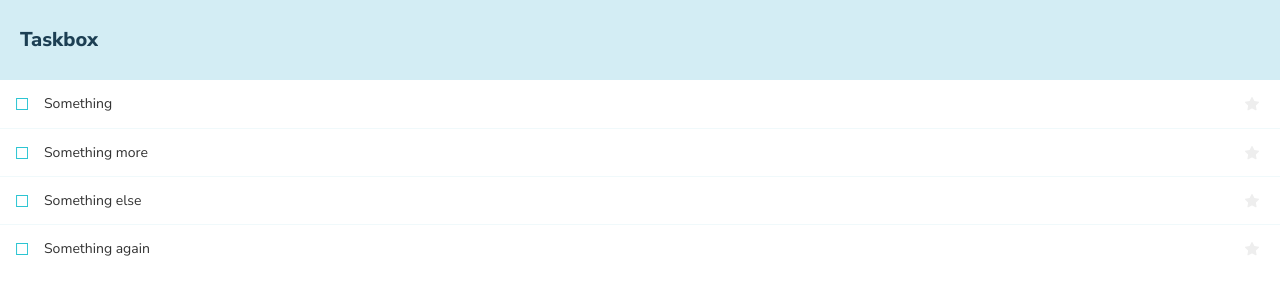
Repository: Sphinx7777/storyBook
Page: /
An editor plug-in stored every save of this project. The page is shown before and after the next save, followed by the edit.
The browser window is 1280 px wide. The pictures show the whole page.
The project was rebuilt for these pictures with package versions that can differ from the ones it lists, and the page was loaded fresh each time. Also part of the build but not shown: webpack.config.js.

Above is the page before, as saved 2020-06-26 16:33:43.

### src/index.scss
body {
  margin: 0;
  font-family: -apple-system, BlinkMacSystemFont, 'Segoe UI', 'Roboto', 'Oxygen',
    'Ubuntu', 'Cantarell', 'Fira Sans', 'Droid Sans', 'Helvetica Neue',
    sans-serif;
  -webkit-font-smoothing: antialiased;
  -moz-osx-font-smoothing: grayscale;
}

code {
  font-family: source-code-pro, Menlo, Monaco, Consolas, 'Courier New',
    monospace;
}
/* Reset.less
 * Props to Eric Meyer (meyerweb.com) for his CSS reset file. We're using an adapted version here	that cuts out some of the reset HTML elements we will never need here (i.e., dfn, samp, etc).
 * ------------------------------------------------------------------------------------------------------------------------------------------------------------------------------------------- */
 @import url('https://fonts.googleapis.com/css?family=Nunito+Sans:400,400i,800');
 html,
 body {
   margin: 0;
   padding: 0;
 }
 h1,
 h2,
 h3,
 h4,
 h5,
 h6,
 p,
 blockquote,
 pre,
 a,
 abbr,
 acronym,
 address,
 cite,
 code,
 del,
 dfn,
 em,
 img,
 q,
 s,
 samp,
 small,
 strike,
 strong,
 sub,
 sup,
 tt,
 var,
 dd,
 dl,
 dt,
 li,
 ol,
 ul,
 fieldset,
 form,
 label,
 legend,
 button,
 table,
 caption,
 tbody,
 tfoot,
 thead,
 tr,
 th,
 td {
   margin: 0;
   padding: 0;
   border: 0;
   font-weight: normal;
   font-style: normal;
   font-size: 100%;
   line-height: 1;
   font-family: inherit;
 }
 table {
   border-collapse: collapse;
   border-spacing: 0;
 }
 ol,
 ul {
   list-style: none;
 }
 q:before,
 q:after,
 blockquote:before,
 blockquote:after {
   content: "";
 }
 html {
   font-size: 100%;
   -webkit-text-size-adjust: 100%;
   -ms-text-size-adjust: 100%;
 }
 a:focus {
   outline: thin dotted;
 }
 a:hover,
 a:active {
   outline: 0;
 }
 article,
 aside,
 details,
 figcaption,
 figure,
 footer,
 header,
 hgroup,
 nav,
 section {
   display: block;
 }
 audio,
 canvas,
 video {
   display: inline-block;
   *display: inline;
   *zoom: 1;
 }
 audio:not([controls]) {
   display: none;
 }
 sub,
 sup {
   font-size: 75%;
   line-height: 0;
   position: relative;
   vertical-align: baseline;
 }
 sup {
   top: -0.5em;
 }
 sub {
   bottom: -0.25em;
 }
 img {
   border: 0;
   -ms-interpolation-mode: bicubic;
 }
 button,
 input,
 select,
 textarea {
   font-size: 100%;
   margin: 0;
   vertical-align: baseline;
   *vertical-align: middle;
 }
 button,
 input {
   line-height: normal;
   *overflow: visible;
 }
 button::-moz-focus-inner,
 input::-moz-focus-inner {
   border: 0;
   padding: 0;
 }
 button,
 input[type="button"],
 input[type="reset"],
 input[type="submit"] {
   cursor: pointer;
   -webkit-appearance: button;
 }
 input[type="search"] {
   -webkit-appearance: textfield;
   -webkit-box-sizing: content-box;
   -moz-box-sizing: content-box;
   box-sizing: content-box;
 }
 input[type="search"]::-webkit-search-decoration {
   -webkit-appearance: none;
 }
 textarea {
   overflow: auto;
   vertical-align: top;
 }
 @keyframes spin {
   0% {
     transform: rotate(0deg);
   }
   100% {
     transform: rotate(359deg);
   }
 }
 @keyframes glow {
   0%,
   100% {
     opacity: 1;
   }
   50% {
     opacity: 0.5;
   }
 }
 .force-wrap {
   word-wrap: break-word;
   word-break: break-all;
   -ms-word-break: break-all;
   word-break: break-word;
   hyphens: auto;
 }
 .type-light {
   font-family: 'Nunito Sans', "Helvetica Neue", Helvetica, Arial, sans-serif;
   font-weight: 300;
 }
 .type-bold {
   font-family: 'Nunito Sans', "Helvetica Neue", Helvetica, Arial, sans-serif;
   font-weight: 800;
 }
 .type-italic {
   font-family: 'Nunito Sans', "Helvetica Neue", Helvetica, Arial, sans-serif;
   font-weight: 400;
   font-style: italic;
 }
 * {
   box-sizing: border-box;
   -webkit-tap-highlight-color: rgba(0, 0, 0, 0);
   -webkit-tap-highlight-color: transparent;
 }
 html,
 button,
 input,
 textarea,
 select {
   outline: none;
   -webkit-font-smoothing: antialiased;
   -moz-osx-font-smoothing: grayscale;
 }
 body {
   font-family: 'Nunito Sans', "Helvetica Neue", Helvetica, Arial, sans-serif;
   font-style: 400;
   color: #333;
   font-size: 16px;
   background-color: #26c6da;
 }
 h1,
 h2,
 h3,
 h4,
 h5,
 h6 {
   font-family: 'Nunito Sans', "Helvetica Neue", Helvetica, Arial, sans-serif;
   font-style: 400;
   margin: 0;
   padding: 0;
 }
 h1 {
   font-size: 40px;
   line-height: 48px;
 }
 h2 {
   font-size: 28px;
   line-height: 32px;
 }
 h3 {
   font-size: 24px;
   line-height: 28px;
 }
 h4 {
   font-size: 20px;
   line-height: 24px;
 }
 h5 {
   font-size: 14px;
   line-height: 20px;
   color: #ccc;
   text-transform: uppercase;
 }
 h6 {
   color: #aaa;
 }
 p {
   font-size: 16px;
   line-height: 24px;
 }
 sub,
 sup {
   font-size: 0.8em;
 }
 sub {
   bottom: -0.2em;
 }
 sup {
   top: -0.2em;
 }
 b {
   font-weight: bold;
 }
 em {
   font-style: italic;
 }
 input[type="text"],
 input[type="email"],
 input[type="password"],
 textarea {
   font-size: 14px;
   line-height: 20px;
   font-family: 'Nunito Sans', "Helvetica Neue", Helvetica, Arial, sans-serif;
   font-style: 400;
   padding: .75rem 0;
   line-height: 1.5rem !important;
   border: none;
   border-radius: 0;
   box-sizing: border-box;
   color: #333;
   outline: none;
 }
 input[type="text"] ::placeholder,
 input[type="email"] ::placeholder,
 input[type="password"] ::placeholder,
 textarea ::placeholder {
   color: #778b91;
 }
 input[type="text"][disabled],
 input[type="email"][disabled],
 input[type="password"][disabled],
 textarea[disabled] {
   opacity: .5;
 }
 input:-webkit-autofill {
   -webkit-box-shadow: 0 0 0 1000px white inset;
 }
 .checkbox {
   display: inline-block;
   height: 3rem;
   position: relative;
   vertical-align: middle;
   width: 44px;
 }
 .checkbox input[type="checkbox"] {
   font-size: 1em;
   visibility: hidden;
 }
 .checkbox input[type="checkbox"] + span:before {
   position: absolute;
   top: 50%;
   right: auto;
   bottom: auto;
   left: 50%;
   width: 0.85em;
   height: 0.85em;
   transform: translate3d(-50%, -50%, 0);
   background: transparent;
   box-shadow: #2cc5d2 0 0 0 1px inset;
   content: '';
   display: block;
 }
 .checkbox input[type="checkbox"]:checked + span:before {
   font-size: 16px;
   line-height: 24px;
   box-shadow: none;
   color: #2cc5d2;
   margin-top: -1px;
   font-family: 'percolate';
   speak: none;
   font-style: normal;
   font-weight: normal;
   font-variant: normal;
   text-transform: none;
   line-height: 1;
   -webkit-font-smoothing: antialiased;
   -moz-osx-font-smoothing: grayscale;
   content: "\e65e";
 }
 .input-symbol {
   display: inline-block;
   position: relative;
 }
 .input-symbol.error [class^="icon-"],
 .input-symbol.error [class*=" icon-"] {
   color: #ff4400;
 }
 .input-symbol [class^="icon-"],
 .input-symbol [class*=" icon-"] {
   left: 1em;
 }
 .input-symbol input {
   padding-left: 3em;
 }
 .input-symbol input {
   width: 100%;
 }
 .input-symbol input:focus + [class^="icon-"],
 .input-symbol input:focus + [class*=" icon-"] {
   color: #2cc5d2;
 }
 .input-symbol [class^="icon-"],
 .input-symbol [class*=" icon-"] {
   transition: all 300ms ease-in;
   transform: translate3d(0, -50%, 0);
   background: transparent;
   color: #aaa;
   font-size: 1em;
   height: 1em;
   position: absolute;
   top: 50%;
   width: 1em;
 }
 @font-face {
   font-family: "percolate";
   src: url("/icon/percolate.eot?-5w3um4");
   src: url("/icon/percolate.eot?#iefix5w3um4") format("embedded-opentype"), url("/icon/percolate.woff?5w3um4") format("woff"), url("/icon/percolate.ttf?5w3um4") format("truetype"), url("/icon/percolate.svg?5w3um4") format("svg");
   font-weight: normal;
   font-style: normal;
 }
 [class^="icon-"],
 [class*=" icon-"] {
   font-family: "percolate";
   speak: none;
   font-style: normal;
   font-weight: normal;
   font-variant: normal;
   text-transform: none;
   line-height: 1;
   /* Better Font Rendering =========== */
   -webkit-font-smoothing: antialiased;
   -moz-osx-font-smoothing: grayscale;
 }
 .icon-graphql:before {
   content: "\e90a";
 }
 .icon-redux:before {
   content: "\e908";
 }
 .icon-grid:before {
   content: "\e909";
 }
 .icon-redirect:before {
   content: "\e907";
 }
 .icon-grow:before {
   content: "\e903";
 }
 .icon-lightning:before {
   content: "\e904";
 }
 .icon-request-change:before {
   content: "\e905";
 }
 .icon-transfer:before {
   content: "\e906";
 }
 .icon-calendar:before {
   content: "\e902";
 }
 .icon-sidebar:before {
   content: "\e900";
 }
 .icon-tablet:before {
   content: "\e901";
 }
 .icon-atmosphere:before {
   content: "\e671";
 }
 .icon-browser:before {
   content: "\e672";
 }
 .icon-database:before {
   content: "\e673";
 }
 .icon-expand-alt:before {
   content: "\e674";
 }
 .icon-mobile:before {
   content: "\e675";
 }
 .icon-watch:before {
   content: "\e676";
 }
 .icon-home:before {
   content: "\e600";
 }
 .icon-user-alt:before {
   content: "\e601";
 }
 .icon-user:before {
   content: "\e602";
 }
 .icon-user-add:before {
   content: "\e603";
 }
 .icon-users:before {
   content: "\e604";
 }
 .icon-profile:before {
   content: "\e605";
 }
 .icon-bookmark:before {
   content: "\e606";
 }
 .icon-bookmark-hollow:before {
   content: "\e607";
 }
 .icon-star:before {
   content: "\e608";
 }
 .icon-star-hollow:before {
   content: "\e609";
 }
 .icon-circle:before {
   content: "\e60a";
 }
 .icon-circle-hollow:before {
   content: "\e60b";
 }
 .icon-heart:before {
   content: "\e60c";
 }
 .icon-heart-hollow:before {
   content: "\e60d";
 }
 .icon-face-happy:before {
   content: "\e60e";
 }
 .icon-face-sad:before {
   content: "\e60f";
 }
 .icon-face-neutral:before {
   content: "\e610";
 }
 .icon-lock:before {
   content: "\e611";
 }
 .icon-unlock:before {
   content: "\e612";
 }
 .icon-key:before {
   content: "\e613";
 }
 .icon-arrow-left-alt:before {
   content: "\e614";
 }
 .icon-arrow-right-alt:before {
   content: "\e615";
 }
 .icon-sync:before {
   content: "\e616";
 }
 .icon-reply:before {
   content: "\e617";
 }
 .icon-expand:before {
   content: "\e618";
 }
 .icon-arrow-left:before {
   content: "\e619";
 }
 .icon-arrow-up:before {
   content: "\e61a";
 }
 .icon-arrow-down:before {
   content: "\e61b";
 }
 .icon-arrow-right:before {
   content: "\e61c";
 }
 .icon-chevron-down:before {
   content: "\e61d";
 }
 .icon-back:before {
   content: "\e61e";
 }
 .icon-download:before {
   content: "\e61f";
 }
 .icon-upload:before {
   content: "\e620";
 }
 .icon-proceed:before {
   content: "\e621";
 }
 .icon-info:before {
   content: "\e622";
 }
 .icon-question:before {
   content: "\e623";
 }
 .icon-alert:before {
   content: "\e624";
 }
 .icon-edit:before {
   content: "\e625";
 }
 .icon-paintbrush:before {
   content: "\e626";
 }
 .icon-close:before {
   content: "\e627";
 }
 .icon-trash:before {
   content: "\e628";
 }
 .icon-cross:before {
   content: "\e629";
 }
 .icon-delete:before {
   content: "\e62a";
 }
 .icon-power:before {
   content: "\e62b";
 }
 .icon-add:before {
   content: "\e62c";
 }
 .icon-plus:before {
   content: "\e62d";
 }
 .icon-document:before {
   content: "\e62e";
 }
 .icon-graph-line:before {
   content: "\e62f";
 }
 .icon-doc-chart:before {
   content: "\e630";
 }
 .icon-doc-list:before {
   content: "\e631";
 }
 .icon-category:before {
   content: "\e632";
 }
 .icon-copy:before {
   content: "\e633";
 }
 .icon-book:before {
   content: "\e634";
 }
 .icon-certificate:before {
   content: "\e636";
 }
 .icon-print:before {
   content: "\e637";
 }
 .icon-list-unordered:before {
   content: "\e638";
 }
 .icon-graph-bar:before {
   content: "\e639";
 }
 .icon-menu:before {
   content: "\e63a";
 }
 .icon-filter:before {
   content: "\e63b";
 }
 .icon-ellipsis:before {
   content: "\e63c";
 }
 .icon-cog:before {
   content: "\e63d";
 }
 .icon-wrench:before {
   content: "\e63e";
 }
 .icon-nut:before {
   content: "\e63f";
 }
 .icon-camera:before {
   content: "\e640";
 }
 .icon-eye:before {
   content: "\e641";
 }
 .icon-photo:before {
   content: "\e642";
 }
 .icon-video:before {
   content: "\e643";
 }
 .icon-speaker:before {
   content: "\e644";
 }
 .icon-phone:before {
   content: "\e645";
 }
 .icon-flag:before {
   content: "\e646";
 }
 .icon-pin:before {
   content: "\e647";
 }
 .icon-compass:before {
   content: "\e648";
 }
 .icon-globe:before {
   content: "\e649";
 }
 .icon-location:before {
   content: "\e64a";
 }
 .icon-search:before {
   content: "\e64b";
 }
 .icon-timer:before {
   content: "\e64c";
 }
 .icon-time:before {
   content: "\e64d";
 }
 .icon-dashboard:before {
   content: "\e64e";
 }
 .icon-hourglass:before {
   content: "\e64f";
 }
 .icon-play:before {
   content: "\e650";
 }
 .icon-stop:before {
   content: "\e651";
 }
 .icon-email:before {
   content: "\e652";
 }
 .icon-comment:before {
   content: "\e653";
 }
 .icon-link:before {
   content: "\e654";
 }
 .icon-paperclip:before {
   content: "\e655";
 }
 .icon-box:before {
   content: "\e656";
 }
 .icon-structure:before {
   content: "\e657";
 }
 .icon-commit:before {
   content: "\e658";
 }
 .icon-cpu:before {
   content: "\e659";
 }
 .icon-memory:before {
   content: "\e65a";
 }
 .icon-outbox:before {
   content: "\e65b";
 }
 .icon-share:before {
   content: "\e65c";
 }
 .icon-button:before {
   content: "\e65d";
 }
 .icon-check:before {
   content: "\e65e";
 }
 .icon-form:before {
   content: "\e65f";
 }
 .icon-admin:before {
   content: "\e660";
 }
 .icon-paragraph:before {
   content: "\e661";
 }
 .icon-bell:before {
   content: "\e662";
 }
 .icon-rss:before {
   content: "\e663";
 }
 .icon-basket:before {
   content: "\e664";
 }
 .icon-credit:before {
   content: "\e665";
 }
 .icon-support:before {
   content: "\e666";
 }
 .icon-shield:before {
   content: "\e667";
 }
 .icon-beaker:before {
   content: "\e668";
 }
 .icon-google:before {
   content: "\e669";
 }
 .icon-gdrive:before {
   content: "\e66a";
 }
 .icon-youtube:before {
   content: "\e66b";
 }
 .icon-facebook:before {
   content: "\e66c";
 }
 .icon-thumbs-up:before {
   content: "\e66d";
 }
 .icon-twitter:before {
   content: "\e66e";
 }
 .icon-github:before {
   content: "\e66f";
 }
 .icon-meteor:before {
   content: "\e670";
 }
 a {
   transition: all 200ms ease-in;
   color: #5db9ff;
   cursor: pointer;
   text-decoration: none;
 }
 a:hover {
   color: #239da8;
 }
 a:active {
   color: #555;
 }
 a:focus {
   outline: none;
 }
 .list-heading {
   letter-spacing: .3em;
   text-indent: .3em;
   text-transform: uppercase;
   font-family: 'Nunito Sans', "Helvetica Neue", Helvetica, Arial, sans-serif;
   font-weight: 800;
   font-size: 11px;
   padding-left: 15px;
   line-height: 40px;
   background: #f8f8f8;
   color: #aaa;
 }
 .list-heading .icon-sync {
   opacity: 1;
   animation: spin 2s infinite linear;
   display: inline-block;
   margin-right: 4px;
 }
 .list-item {
   font-size: 14px;
   line-height: 20px;
   display: flex;
   flex-wrap: wrap;
   height: 3rem;
   width: 100%;
   background: white;
   transition: all ease-out 150ms;
 }
 .list-item .title {
   overflow: hidden;
   text-overflow: ellipsis;
   white-space: nowrap;
   flex: 1;
 }
 .list-item input[type="text"] {
   background: transparent;
   width: 100%;
 }
 .list-item input[type="text"]:focus {
   cursor: text;
 }
 .list-item .actions {
   transition: all 200ms ease-in;
   padding-right: 20px;
 }
 .list-item .actions a {
   display: inline-block;
   vertical-align: top;
   text-align: center;
   color: #eee;
 }
 .list-item .actions a:hover {
   color: #2cc5d2;
 }
 .list-item .actions a:active {
   color: #555;
 }
 .list-item .actions [class^="icon-"] {
   font-size: 16px;
   line-height: 24px;
   line-height: 3rem;
   text-align: center;
 }
 .list-item.TASK_PINNED .icon-star {
   color: #2cc5d2;
 }
 .list-item.TASK_ARCHIVED input[type="text"] {
   color: #aaa;
 }
 .list-item:hover {
   background-image: linear-gradient(to bottom, #e5f9f7 0%, #f0fffd 100%);
 }
 .list-item:hover .checkbox {
   cursor: pointer;
 }
 .list-item + .list-item {
   border-top: 1px solid #f0f9fb;
 }
 .list-item.checked input[type="text"] {
   color: #ccc;
   text-decoration: line-through;
 }
 .list-item.checked .delete-item {
   display: inline-block;
 }
 .loading-item {
   height: 3rem;
   width: 100%;
   background: white;
   display: flex;
   align-items: center;
   line-height: 1rem;
   padding-left: 16px;
 }
 .loading-item .glow-checkbox,
 .loading-item .glow-text span {
   animation: glow 1.5s ease-in-out infinite;
   background: #eee;
   color: transparent;
   cursor: progress;
   display: inline-block;
 }
 .loading-item .glow-checkbox {
   margin-right: 16px;
   width: 12px;
   height: 12px;
 }
 .loading-item + .loading-item {
   border-top: 1px solid #f0f9fb;
 }
 .list-items {
   position: relative;
   background: white;
   min-height: 288px;
 }
 .list-items .select-placeholder {
   border: none;
   width: 48px;
 }
 .wrapper-message {
   position: absolute;
   top: 45%;
   right: 0;
   bottom: auto;
   left: 0;
   width: auto;
   height: auto;
   transform: translate3d(0, -50%, 0);
   text-align: center;
 }
 .wrapper-message [class^="icon-"],
 .wrapper-message [class*=" icon-"] {
   font-size: 48px;
   line-height: 56px;
   color: #2cc5d2;
   display: block;
 }
 .wrapper-message .title-message {
   font-size: 16px;
   line-height: 24px;
   font-family: 'Nunito Sans', "Helvetica Neue", Helvetica, Arial, sans-serif;
   font-weight: 800;
   color: #555;
 }
 .wrapper-message .subtitle-message {
   font-size: 14px;
   line-height: 20px;
   color: #666;
 }
 .page.lists-show {
   min-height: 100vh;
   background: white;
 }
 .page.lists-show nav {
   background: #d3edf4;
   padding: 1.5rem 1.25rem;
   text-align: center;
 }
 @media screen and (min-width: 40em) {
   .page.lists-show nav {
     text-align: left;
   }
 }
 .page.lists-show nav .title-page {
   font-size: 20px;
   line-height: 24px;
   line-height: 2rem;
   cursor: pointer;
   white-space: nowrap;
 }
 .page.lists-show nav .title-page .title-wrapper {
   overflow: hidden;
   text-overflow: ellipsis;
   white-space: nowrap;
   font-family: 'Nunito Sans', "Helvetica Neue", Helvetica, Arial, sans-serif;
   font-weight: 800;
   color: #1c3f53;
   display: inline-block;
   vertical-align: top;
   max-width: 100%;
 }

### src/App.js
import React from 'react';
import { Provider } from 'react-redux';
import store from './lib/redux';
import './index.scss';
import InboxScreen from './components/InboxScreen';


function App() {
    return (
        <Provider store={store}>
            <InboxScreen />
        </Provider>
    );
}
export default App;

### src/lib/redux.js
// A simple redux store/actions/reducer implementation.
// A true app would be more complex and separated into different files.
import { createStore } from 'redux';

// The actions are the "names" of the changes that can happen to the store
export const actions = {
  ARCHIVE_TASK: 'ARCHIVE_TASK',
  PIN_TASK: 'PIN_TASK',
};

// The action creators bundle actions with the data required to execute them
export const archiveTask = id => ({ type: actions.ARCHIVE_TASK, id });
export const pinTask = id => ({ type: actions.PIN_TASK, id });

// All our reducers simply change the state of a single task.
function taskStateReducer(taskState) {
  return (state, action) => {
    return {
      ...state,
      tasks: state.tasks.map(task =>
        task.id === action.id ? { ...task, state: taskState } : task
      ),
    };
  };
}

// The reducer describes how the contents of the store change for each action
export const reducer = (state, action) => {
  console.log('reducer__state', state, 'action', action )
  switch (action.type) {
    case actions.ARCHIVE_TASK:
      return taskStateReducer('TASK_ARCHIVED')(state, action);
    case actions.PIN_TASK:
      return taskStateReducer('TASK_PINNED')(state, action);
    default:
      return state;
  }
};

// The initial state of our store when the app loads.
// Usually you would fetch this from a server
const defaultTasks = [
  { id: '1', title: 'Something', state: 'TASK_INBOX' },
  { id: '2', title: 'Something more', state: 'TASK_INBOX' },
  { id: '3', title: 'Something else', state: 'TASK_INBOX' },
  { id: '4', title: 'Something again', state: 'TASK_INBOX' },
];

// We export the constructed redux store
export default createStore(reducer, { tasks: defaultTasks });

### src/components/InboxScreen.js
import React from 'react';
import PropTypes from 'prop-types';
import { connect } from 'react-redux';

import TaskList from './TaskList';

export function InboxScreen({ error }) {
    if (error) {
        return (
            <div className="page lists-show">
                <div className="wrapper-message">
                    <span className="icon-face-sad" />
                    <div className="title-message">Oh no!</div>
                    <div className="subtitle-message">Something went wrong</div>
                </div>
            </div>
        );
    }

    return (
        <div className="page lists-show">
            <nav>
                <h1 className="title-page">
                    <span className="title-wrapper">Taskbox</span>
                </h1>
            </nav>
            <TaskList />
        </div>
    );
}

InboxScreen.propTypes = {
    error: PropTypes.string,
};

InboxScreen.defaultProps = {
    error: null,
};

export default connect(({ error }) => ({ error }))(InboxScreen);

### src/components/TaskList.js
import React from 'react';
import PropTypes from 'prop-types';
import './test.scss'
import Task from './Task';
import { connect } from 'react-redux';
import { archiveTask, pinTask } from '../lib/redux';

export function PureTaskList({ loading, tasks, onPinTask, onArchiveTask }) {
    const events = {
        onPinTask,
        onArchiveTask,
    };

    const LoadingRow = (
        <div className="loading-item">
            <span className="glow-checkbox" />
            <span className="glow-text">
                <span>Loading</span> <span>cool</span> <span>state</span>
            </span>
        </div>
    );

    if (loading) {
        return (
            <div className="list-items">
                {LoadingRow}
                {LoadingRow}
                {LoadingRow}
                {LoadingRow}
                {LoadingRow}
                {LoadingRow}
            </div>
        );
    }

    if (tasks.length === 0) {
        return (
            <div className="list-items">
                <div className="wrapper-message">
                    <span className="icon-check" />
                    <div className="title-message redBg">You have no tasks</div>
                    <div className="subtitle-message redBg">Sit back and relax</div>
                </div>
            </div>
        );
    }

    const tasksInOrder = [
        ...tasks.filter(t => t.state === 'TASK_PINNED'),
        ...tasks.filter(t => t.state !== 'TASK_PINNED'),
    ];

    return (
        <div className="list-items">
            {tasksInOrder.map(task => (
                <Task key={task.id} task={task} {...events} />
            ))}
        </div>
    );
}

PureTaskList.propTypes = {
    loading: PropTypes.bool,
    tasks: PropTypes.arrayOf(Task.propTypes.task).isRequired,
    onPinTask: PropTypes.func.isRequired,
    onArchiveTask: PropTypes.func.isRequired,
};

PureTaskList.defaultProps = {
    loading: false,
};

export default connect(
    ({ tasks }) => ({
        tasks: tasks.filter(t => t.state === 'TASK_INBOX' || t.state === 'TASK_PINNED'),
    }),
    dispatch => ({
        onArchiveTask: id => dispatch(archiveTask(id)),
        onPinTask: id => dispatch(pinTask(id)),
    })
)(PureTaskList);

### src/components/test.scss
.redBg {
    background: red;
    margin: 20px 0 20px 0;
}
.taskInput {
    text-overflow: ellipsis;
}

### src/components/Task.js
import React from 'react';
import PropTypes from 'prop-types';
import './test.scss'

export default function Task({ task: { id, title, state }, onArchiveTask, onPinTask }) {
  return (
    <div className={`list-item ${state}`}>
      <label className="checkbox">
        <input
          type="checkbox"
          defaultChecked={state === 'TASK_ARCHIVED'}
          disabled={true}
          name="checked"
        />
        <span className="checkbox-custom" onClick={() => onArchiveTask(id)} />
      </label>
      <div className="title">
        <input type="text" value={title} readOnly={true} placeholder="Input title" className='taskInput'/>
      </div>
      <div className="actions" onClick={event => event.stopPropagation()}>
        {state !== 'TASK_ARCHIVED' && (
          // eslint-disable-next-line jsx-a11y/anchor-is-valid
          <a onClick={() => onPinTask(id)}>
            <span className={`icon-star`} />
          </a>
        )}
      </div>
    </div>
  );
}
Task.propTypes = {
    task: PropTypes.shape({
      id: PropTypes.string.isRequired,
      title: PropTypes.string.isRequired,
      state: PropTypes.string.isRequired,
    }),
    onArchiveTask: PropTypes.func,
    onPinTask: PropTypes.func,
  };

Loaded but not shown: public/index.html (common file); src/index.js (common file); src/serviceWorker.js (common file)

After the next save:
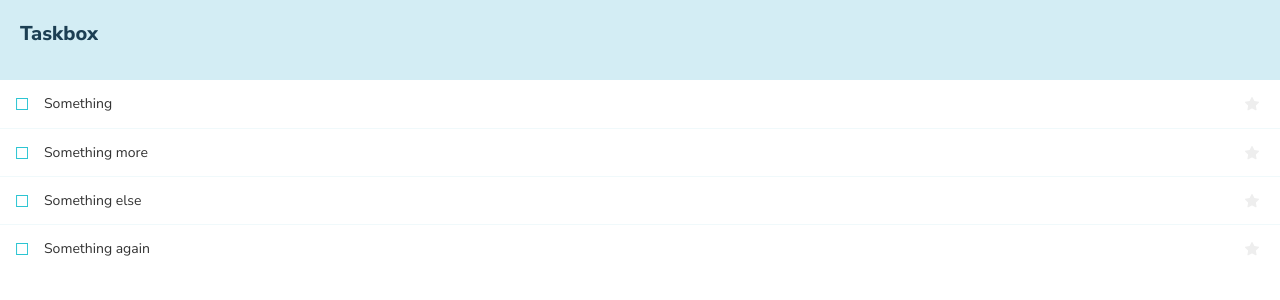
Saved 5 min 45 s later.
--- a/src/components/InboxScreen.js
+++ b/src/components/InboxScreen.js
@@ -21,7 +21,7 @@ export function InboxScreen({ error }) {
         <div className="page lists-show">
             <nav>
                 <h1 className="title-page">
-                    <span className="title-wrapper">Taskbox</span>
+                    <a className="title-wrapper" href='http://localhost:9009/?path=/story/task--default'>Taskbox</a>
                 </h1>
             </nav>
             <TaskList />
